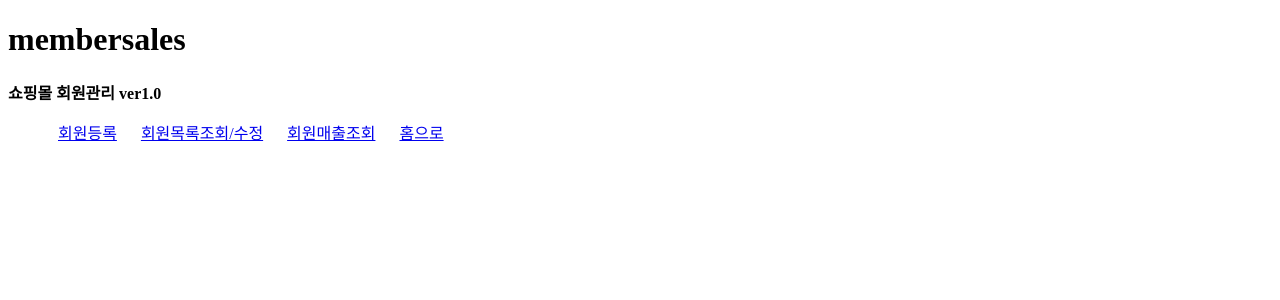
Repository: Kim-seongjun/javastudy2
Page: http://localhost/back_end_test/membersales
These files come from the project's save history. The page is drawn as it stood at one moment and after the next save; the edit follows.
The browser window is 1280 px wide. The pictures show the whole page.
The page is served by Tomcat 9.

Above is the page before, as saved 2020-01-22 05:53:12.

After the next save:
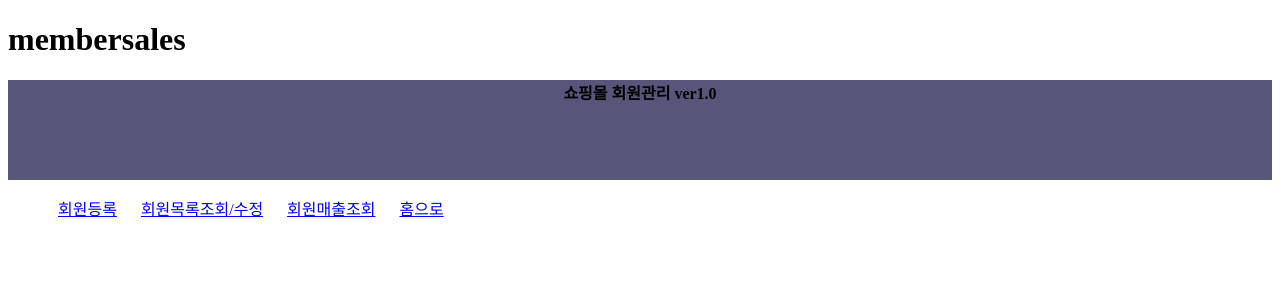
Saved 27 s later.
--- a/back_end_test/WebContent/membersales.jsp
+++ b/back_end_test/WebContent/membersales.jsp
@@ -5,6 +5,18 @@
 <head>
 <meta charset="UTF-8">
 <title>Insert title here</title>
+<style>
+#header {
+	background-color: #58557A;
+	text-align: center;
+	height: 100px;
+}
+#footer {
+	text-align: center;
+	background-color: #778268;
+	height: 100px;
+}
+</style>
 </head>
 <body>
 <h1>membersales</h1>
